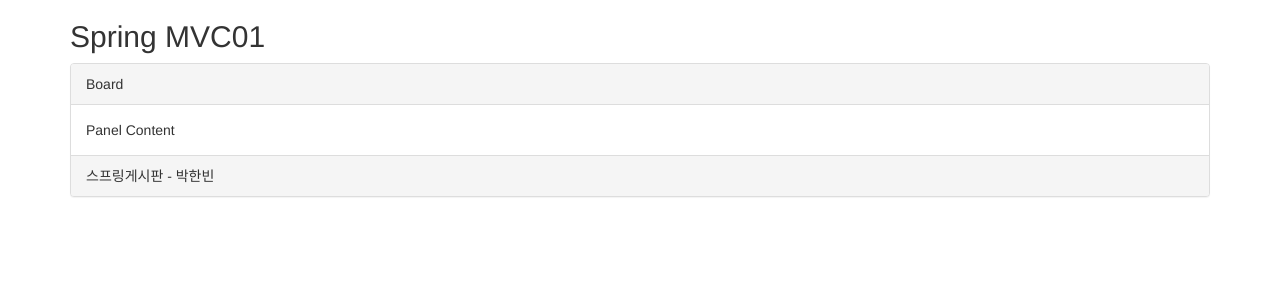
Repository: hanbinpark/Spring
Page: http://localhost/SpringMVC01/
An editor plug-in stored every save of this project. The page is shown before and after the next save, followed by the edit.
The browser window is 1280 px wide. The pictures show the whole page.
The page is served by Tomcat 9. Other server files are loaded and not shown.

Above is the page before, as saved 2023-09-05 01:50:07.

### SpringMVC01/src/main/webapp/WEB-INF/views/boardList.jsp
<%@ page language="java" contentType="text/html; charset=UTF-8"
    pageEncoding="UTF-8"%>
<%@ taglib prefix="c" uri="http://java.sun.com/jsp/jstl/core" %>
<!DOCTYPE html>
<html>
<head>
<meta charset="UTF-8">
<title>Insert title here</title>
<link rel="stylesheet" href="https://maxcdn.bootstrapcdn.com/bootstrap/3.4.1/css/bootstrap.min.css">
<script src="https://ajax.googleapis.com/ajax/libs/jquery/3.6.4/jquery.min.js"></script>
<script src="https://maxcdn.bootstrapcdn.com/bootstrap/3.4.1/js/bootstrap.min.js"></script>
</head>
<body>
	<div class="container">
	  <h2>Spring MVC01</h2>
	  <div class="panel panel-default">
	    <div class="panel-heading">Board</div>
	    <div class="panel-body">Panel Content</div>
	    <div class="panel-footer">스프링게시판 - 박한빈</div>
	  </div>
	</div>
</body>
</html>

After the next save:
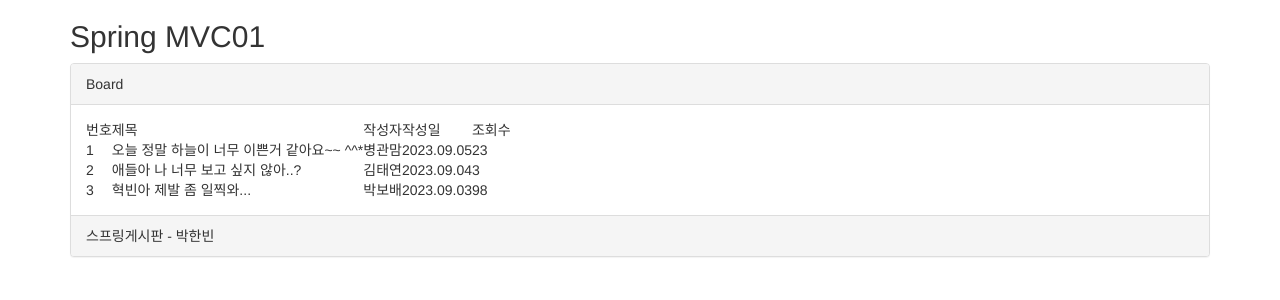
Saved 19 min 6 s later.
--- a/SpringMVC01/src/main/webapp/WEB-INF/views/boardList.jsp
+++ b/SpringMVC01/src/main/webapp/WEB-INF/views/boardList.jsp
@@ -15,7 +15,39 @@
 	  <h2>Spring MVC01</h2>
 	  <div class="panel panel-default">
 	    <div class="panel-heading">Board</div>
-	    <div class="panel-body">Panel Content</div>
+	    <div class="panel-body">
+			<table>
+				<tr>
+					<td>번호</td>
+					<td>제목</td>
+					<td>작성자</td>
+					<td>작성일</td>
+					<td>조회수</td>
+				</tr>
+
+				<tr>
+					<td>1</td>
+					<td>오늘 정말 하늘이 너무 이쁜거 같아요~~ ^^*</td>
+					<td>병관맘</td>
+					<td>2023.09.05</td>
+					<td>23</td>
+				</tr>
+				<tr>
+					<td>2</td>
+					<td>애들아 나 너무 보고 싶지 않아..?</td>
+					<td>김태연</td>
+					<td>2023.09.04</td>
+					<td>3</td>
+				</tr>
+				<tr>
+					<td>3</td>
+					<td>혁빈아 제발 좀 일찍와...</td>
+					<td>박보배</td>
+					<td>2023.09.03</td>
+					<td>98</td>
+				</tr>
+			</table>
+		</div>
 	    <div class="panel-footer">스프링게시판 - 박한빈</div>
 	  </div>
 	</div>
